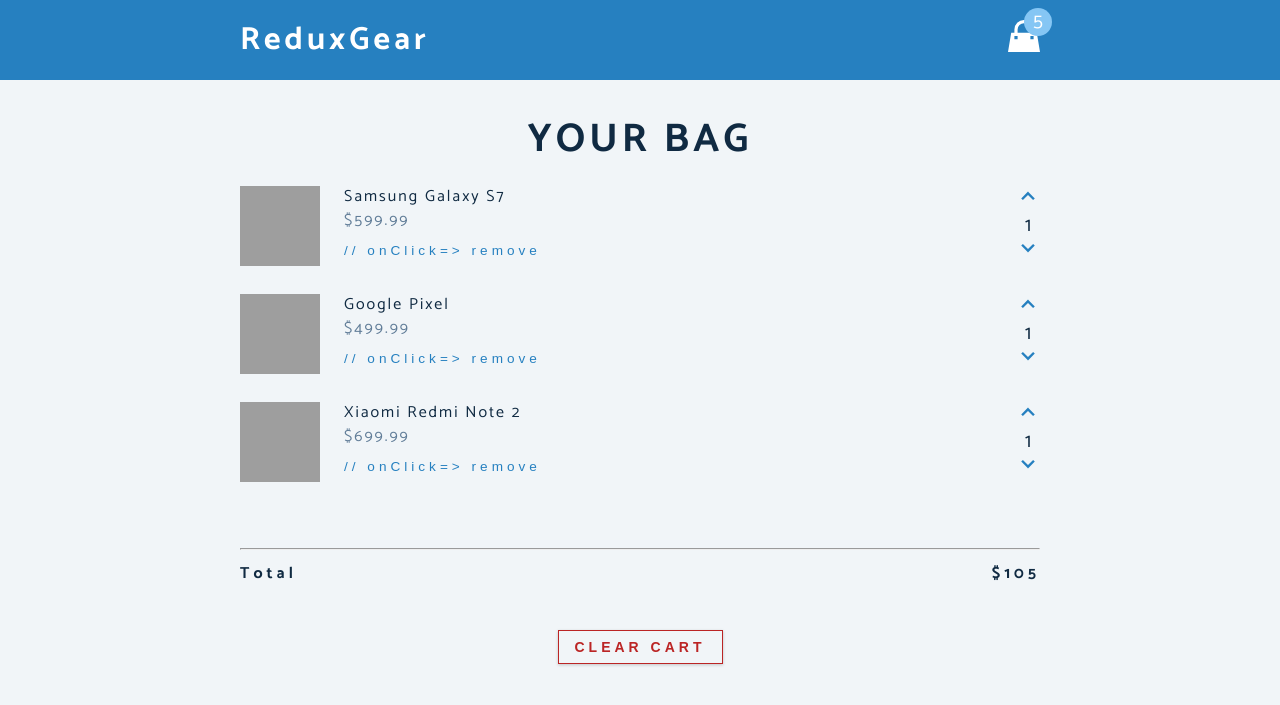
Repository: akinsikuoluwafemi/redux-cart
Page: /
An editor plug-in stored every save of this project. The page is shown before and after the next save, followed by the edit.
The browser window is 1280 px wide. The pictures show the whole page.
Pictures or frames that could not be fetched are drawn as grey boxes. The project was rebuilt for these pictures with package versions that can differ from the ones it lists, and the page was loaded fresh each time.

Above is the page before, as saved 2021-02-01 09:03:58.

### src/App.js
import React from "react";
// components
import Navbar from "./components/Navbar";
import CartContainer from "./components/CartContainer";
import { Provider } from 'react-redux';
// items
import cartItems from "./cart-items";
// redux stuff
import { createStore } from 'redux';
import reducer from './reducer';

// intial store
const initialStore = {
  cart: cartItems,
  total: 105,
  amount: 5
}



const store = createStore(reducer, initialStore);





function App() {
  // cart setup

  return (
    <Provider store={store}>
      <Navbar  />
      <CartContainer  />
    </Provider>
  );
}

export default App;

### src/components/Navbar.js
import React from "react";
import {connect} from 'react-redux'

const Navbar = ({amount}) => {

  return (
    <nav>
      <div className="nav-center">
        <h3>ReduxGear</h3>
        <div className="nav-container">
          <svg xmlns="http://www.w3.org/2000/svg" viewBox="0 0 20 20">
            <path d="M16 6v2h2l2 12H0L2 8h2V6a6 6 0 1 1 12 0zm-2 0a4 4 0 1 0-8 0v2h8V6zM4 10v2h2v-2H4zm10 0v2h2v-2h-2z" />
          </svg>
          <div className="amount-container">
            <p className="total-amount">{amount}</p>
          </div>
        </div>
      </div>
    </nav>
  );
};

const mapStateToProps = (state) => {
  return {
    amount: state.amount,

  }
}

export default connect(mapStateToProps) (Navbar);

### src/components/CartContainer.js
import React from "react";
import CartItem from "./CartItem";
import { connect } from 'react-redux';
import { CLEAR_CART, clearCart } from '../actions';




const CartContainer = ({ cart = [], total , dispatch, clearCart }) => {
  if (cart.length === 0) {
    return (
      <section className="cart">
        {/* cart header */}
        <header>
          <h2>your bag</h2>
          <h4 className="empty-cart">is currently empty</h4>
        </header>
      </section>
    );
  }
  return (
    <section className="cart">
      {/* cart header */}
      <header>
        <h2>your bag</h2>
      </header>
      {/* cart items */}
      <article>
        {cart.map(item => {
          return <CartItem key={item.id} {...item} />;
        })}
      </article>
      {/* cart footer */}
      <footer>
        <hr />
        <div className="cart-total">
          <h4>
            total <span>${ total}</span>
          </h4>
        </div>
        <button className="btn clear-btn" onClick={() => clearCart() } >clear cart</button>
      </footer>
    </section>
  );
};

const mapStateToProps = (state) => {
  console.log(state.cart)
  return {
    cart: state.cart,
    total: state.total
  }
}

export default connect(mapStateToProps, {clearCart}) (CartContainer);

### src/reducer.js
import { INCREASE, DECREASE, CLEAR_CART, REMOVE } from "./actions";


function reducer(state, action) {
    if(action.type === CLEAR_CART){
        return { ...state, cart: []}
    }
    if(action.type === DECREASE){
        console.log('You decreased the amount');
    }
     if (action.type === INCREASE) {
       console.log("You increased the amount");
     }
     if (action.type === REMOVE) {
         console.log(action);
         return {...state, cart: state.cart.filter(item => item.id !== action.payload.id) }
     }


    return state;

}

export default reducer;

### src/components/CartItem.js
import React from "react";
import { connect } from 'react-redux';
import { INCREASE,DECREASE,REMOVE, removeItem} from '../actions';





const CartItem = ({id, img, title, price, amount, remove, removeItem }) => {
  return (
    <div className="cart-item">
      <img src={img} alt={title} />
      <div>
        <h4>{title}</h4>
        <h4 className="item-price">${price}</h4>
        {/* remove button */}
        <button className="remove-btn"

          onClick={() => removeItem()}>

          // onClick={() => remove()}>
          remove
        </button>
      </div>
      <div>
        {/* increase amount */}
        <button className="amount-btn">
          <svg xmlns="http://www.w3.org/2000/svg" viewBox="0 0 20 20">
            <path d="M10.707 7.05L10 6.343 4.343 12l1.414 1.414L10 9.172l4.243 4.242L15.657 12z" />
          </svg>
        </button>
        {/* amount */}
        <p className="amount">{amount}</p>
        {/* decrease amount */}
        <button className="amount-btn">
          <svg xmlns="http://www.w3.org/2000/svg" viewBox="0 0 20 20">
            <path d="M9.293 12.95l.707.707L15.657 8l-1.414-1.414L10 10.828 5.757 6.586 4.343 8z" />
          </svg>
        </button>
      </div>
    </div>
  );
};

// const mapDispatchToProps = (dispatch, ownProps) => {
//   const { id } = ownProps;

//   return {
//     remove: () => dispatch({ type: REMOVE, payload: { id } })
//   };
// }

// export default connect(null, mapDispatchToProps) (CartItem);
export default connect(null, {removeItem}) (CartItem);

### src/actions.js
export const DECREASE = "DECREASE";
export const INCREASE = "INCREASE";
export const REMOVE = "REMOVE";
export const CLEAR_CART = "CLEAR_CART";
export const GET_TOTAL = "GET_TOTAL";
export const GET_AMOUNT = "GET_AMOUNT";




export const clearCart = () => {
    return {
        type: CLEAR_CART

    }
    // dispatch({type: CLEAR_CART})
}

export const removeItem = (item) => {
    return {
        type: REMOVE,
        payload: item
    }
}

Loaded but not shown: public/index.html (common file); src/index.js (common file); src/index.css (common file); src/cart-items.js (common file)

After the next save:
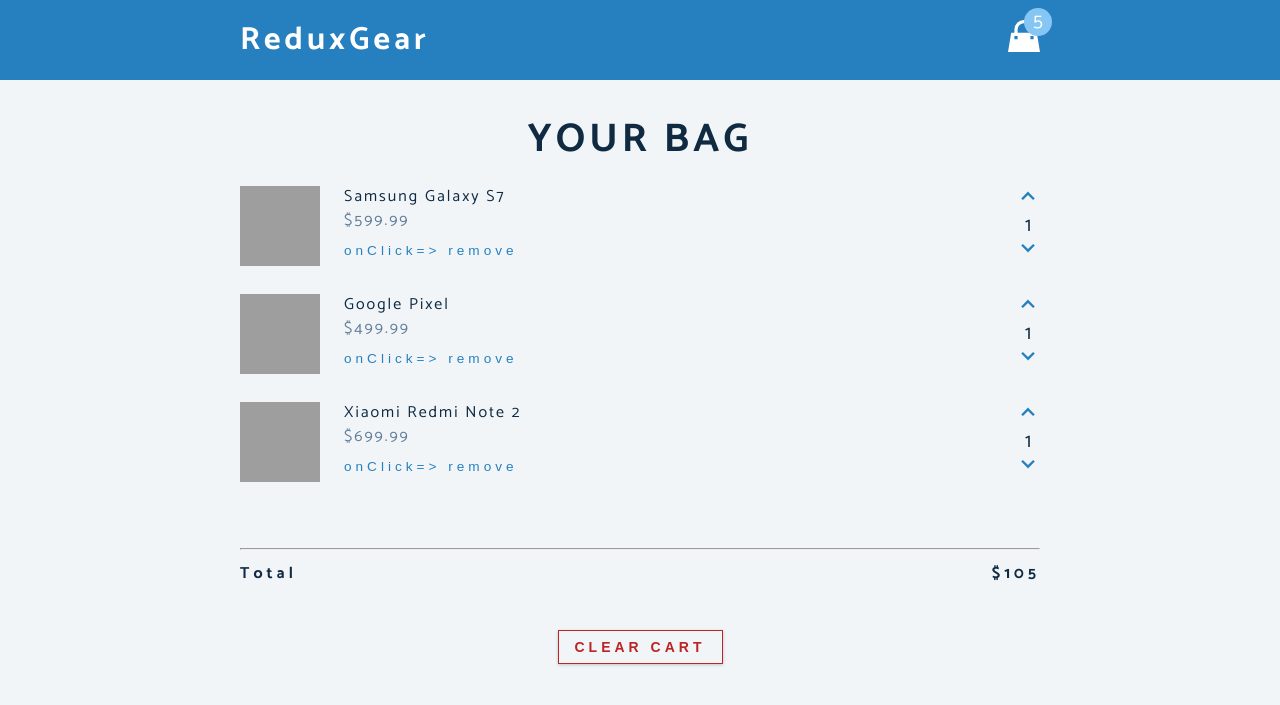
Saved 7 s later.
--- a/src/components/CartItem.js
+++ b/src/components/CartItem.js
@@ -18,7 +18,7 @@
 
           onClick={() => removeItem()}>
 
-          // onClick={() => remove()}>
+           onClick={() => remove()}>
           remove
         </button>
       </div>
